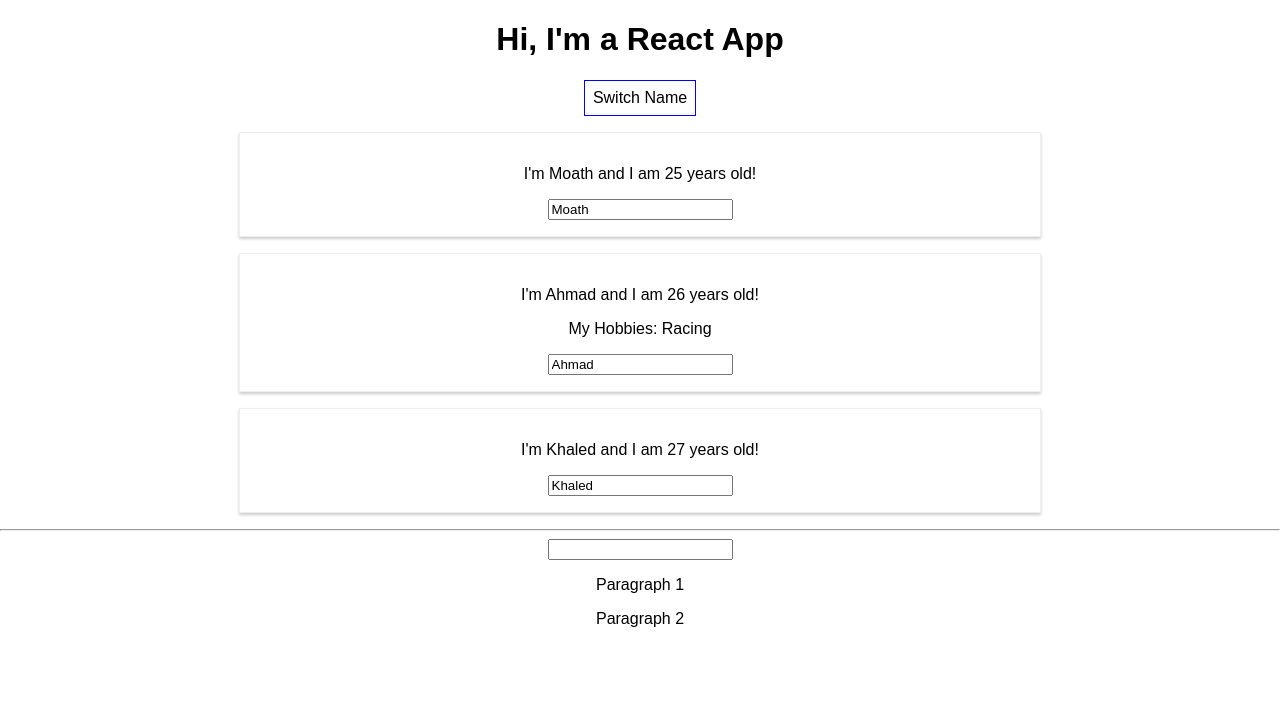
Repository: MuathYHKefayah/React-Basics
Page: /
An editor plug-in stored every save of this project. The page is shown before and after the next save, followed by the edit.
The browser window is 1280 px wide. The pictures show the whole page.
The project was rebuilt for these pictures with package versions that can differ from the ones it lists, and the page was loaded fresh each time.

Above is the page before, as saved 2020-12-12 08:49:13.

### src/App.js
import React, { Component } from 'react';
import './App.css';
import Person from './Person/Person';
import UserInput from './UserInput/UserInput';
import UserOutput from './UserOutput/UserOutput';

class App extends Component {
  state = {
     persons: [
       { name:'Moath', age: 25},
       { name:'Ahmad', age: 26},
       { name:'Khaled', age: 27},
     ]
  }

  switchNameHandler  = (newName, newAge) => {
    //Don't Do This: this.state.persons[0].name = "Max";
    this.setState({
      persons: [
        { name:newName, age: 25},
        { name:'Ahmad', age: 26},
        { name:'Khaled', age: newAge},
      ]
    })
  }

  nameChangedHandler = (event) => {
    this.setState({
      persons: [
        { name:'Moath', age: 25},
        { name: event.target.value, age: 26},
        { name:'Khaled', age: 27},
      ]
    })
  }

  render() {
    const style = {
      backgroundColor: 'white',
      font: 'inherit',
      border: '1px solid blue',
      padding: '8px',
      cursor: 'pointer'
    };

    return (
      // jsx \\ write html code in js file
      <div className="App">
        <h1>Hi, I'm a React App</h1>
        <button
          style={style}
          onClick={() => this.switchNameHandler('Moath!!', 30)}>Switch Name</button>
        <Person name={this.state.persons[0].name} age={this.state.persons[0].age}/>
        <Person
          name={this.state.persons[1].name}
          age={this.state.persons[1].age}
          click={this.switchNameHandler.bind(this, 'Moath!', 40)}
          changed={this.nameChangedHandler}
          >My Hobbies: Racing</Person>
        <Person name={this.state.persons[2].name} age={this.state.persons[2].age}/>
        <hr/>
        <UserInput />
        <UserOutput />
      </div>
    );
    //return React.createElement('div', {className: 'App'} , React.createElement('h1', null , 'Hi, I\'m a React App !!!' ))
  }
}

export default App;

### src/Person/Person.js
import React from 'react';
import './Person.css';

const person = (props) => {
    return (
        <div className="Person">
            <p onClick={props.click}>I'm {props.name} and I am {props.age} years old!</p>
            <p>{props.children}</p>
            <input type="text" onChange={props.changed} value={props.name}/>
        </div>
    )
};

export default person;

### src/UserInput/UserInput.js
import React, { Component } from 'react';


class UserInput extends Component{
    render(){
        return(
            <div className="UserInput">
                <input type="text"/>
            </div>

        );
    }
}

export default UserInput;

### src/UserOutput/UserOutput.js
import React, { Component } from 'react';

class UserOutput extends Component {
    render(){
        return(
            <div className="UserOutput">
                <p>Paragraph 1</p>
                <p>Paragraph 2</p>
            </div>
        );
    }
}

export default UserOutput;

Loaded but not shown: public/index.html (common file); src/index.js (common file); src/index.css (common file); src/registerServiceWorker.js (common file); src/App.css (common file); src/Person/Person.css (common file)

After the next save:
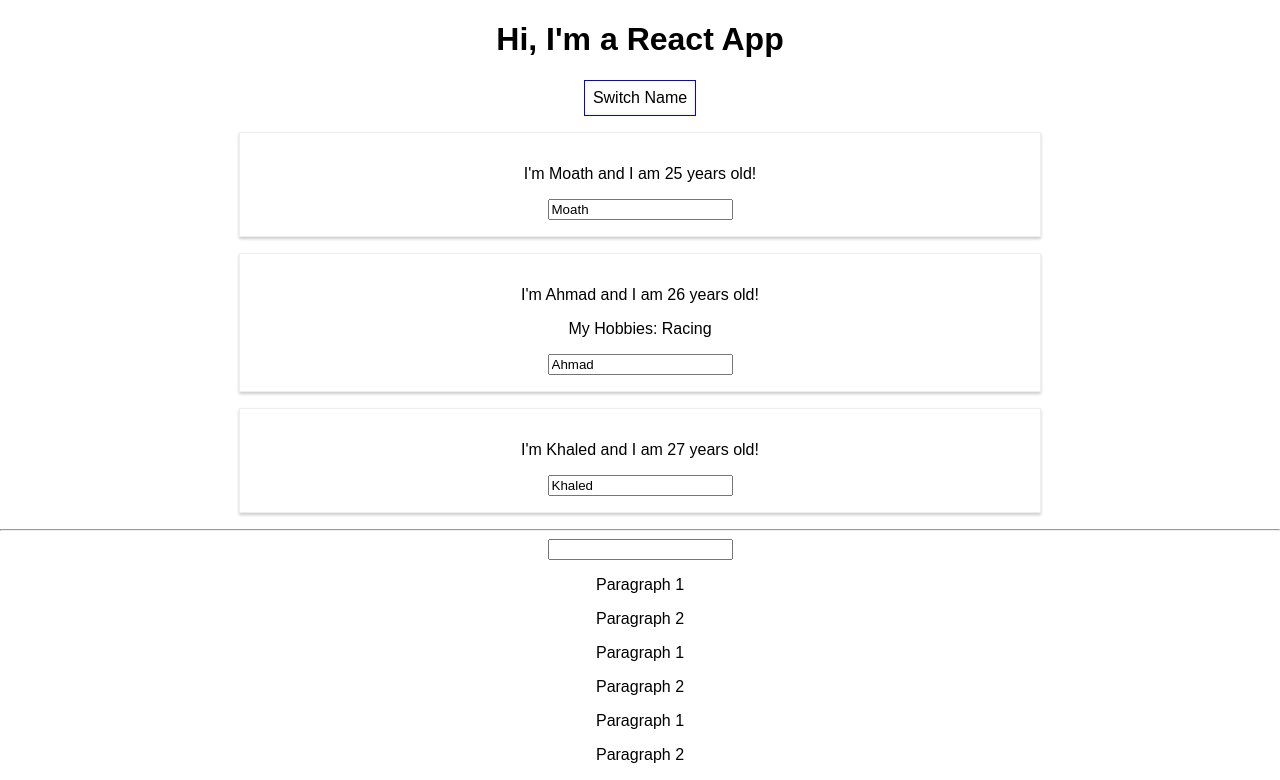
Saved 97 s later.
--- a/src/App.js
+++ b/src/App.js
@@ -61,6 +61,8 @@ class App extends Component {
         <hr/>
         <UserInput />
         <UserOutput />
+        <UserOutput />
+        <UserOutput />
       </div>
     );
     //return React.createElement('div', {className: 'App'} , React.createElement('h1', null , 'Hi, I\'m a React App !!!' ))
